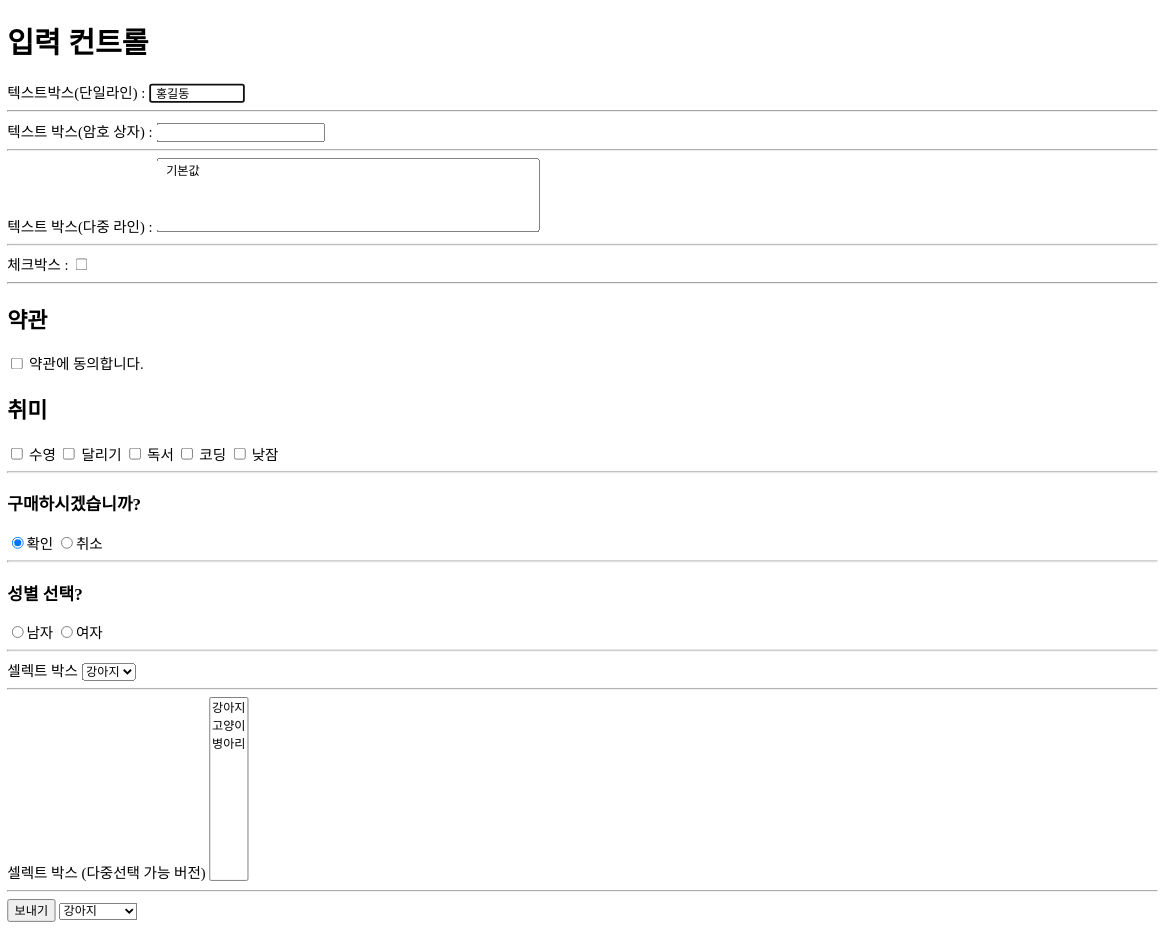
Repository: Hswwwww/WEB
Page: ClientTest/src/main/webapp/html/ex19_form.html
An editor plug-in stored every save of this project. The page is shown before and after the next save, followed by the edit.
The browser window is 1280 px wide. The pictures show the whole page, at 91% of full size.

Above is the page before, as saved 2024-03-14 02:04:44.

### ClientTest/src/main/webapp/html/ex19_form.html
<!DOCTYPE html>
<html>
<head>
<meta charset="UTF-8">
<title>Insert title here</title>
</head>
<body>
	<!--

		<form> 자식 태그
		- 입력 양식

		<input> 태그
		- 단독 태그
		- 인라인 태그
		- input.type : 입력 컨트롤의 종류
		- input.name : 서버로 전송할때 사용하는 식별자
		- input.id : 식별자. CSS, JavaScript에서 주로 사용
		- input.class : 식별자. CSS, JavaScript에서 주로 사용
		- input.size : 컨트롤의 너비 (입력받는 문자 수)
		- input.maxlength : 최대 입력 문자수 + 유효성 검사
		- input.value : 컨트롤의 입력값
		- input.readonly : 읽기 전용. 플래그형 + 입력 (x) + 서버 전송(o)
		- input.disabled : 비활성화. 플래그형 + 입력 (x) + 서버 전송 (x)
		- input.accesskey : 바로가기(니모닉) Alt + 키
		- input.autofocus : 자동 포커스
		- input.title: 풍선 도움말





	 -->

	<h1>입력 컨트롤</h1>

	<form action = "ex18.jsp">

		텍스트박스(단일라인) : <input type = "text" name = "data" id = "txt1" class = "txt"
					size = "10" maxlength = "5" value = " 홍길동" accesskey = "s" autofocus
					title = "이름을 입력하세요." >

		<hr>


		<!--

			암호 상자, Password Box, Masked TextBox
			- 모든 속성이 텍스트 박스와 동일
			- value 속성 사용 금지!!

		 -->

		 텍스트 박스(암호 상자) : <input type = "password">


		 <!--

		 	다중 라인 텍스트 박스
		 	- <textarea></textarea>
		 	- 쌍태그
		 	- 인라인 태그
		 	- 대부분의 속성은 텍스트와 동일
		 	- maxlength속성이 없다.
		 	- value 속성이 없다. > PCDATA로 적음 됨
		 	- 컨트롤러와 문서에서의 탭 성질이 다르게 적용됨 > 텍스트박스는 컨트롤러로 탭 하나하나 다 인식함

		  -->
		 <hr>
		 텍스트 박스(다중 라인) :
		 <textarea style = "resize:none;" cols="50" rows="5"> 기본값</textarea>




		<hr>
		<!--

			체크박스
			- 논리값 입력


		 -->


		체크박스 : <input type = "checkbox" >

		<hr>

		<h2>약관</h2>

		<!-- <input type = "checkbox" id = "cb1"><label for = "cb1">약관에 동의합니다. </label> -->
		<!-- 글자s를 눌러도 체크가 됨  -->

		<label><input type = "checkbox"> 약관에 동의합니다. </label>

		<h2> 취미</h2>
		<input type = "checkbox"> 수영
		<input type = "checkbox"> 달리기
		<input type = "checkbox"> 독서
		<input type = "checkbox"> 코딩
		<input type = "checkbox"> 낮잠

		<hr>

		<!--

			라디오 버튼
			- 단일값

		 -->

		<h3>구매하시겠습니까?</h3>
		<input type = "radio" name = "rb1" checked>확인
		<input type = "radio" name = "rb1">취소

		<hr>

		<h3>성별 선택?</h3>
		<input type = "radio" name = "rb2">남자
		<input type = "radio" name = "rb2">여자



		<hr>

		<!--

			셀렉트 박스
			- 콤보 박스, 드랍 다운 리스트 등...
			- 단일 선택, 다중 선택

		 -->


		셀렉트 박스
		<select>
			<option>강아지</option>
			<option>고양이</option>
			<option>병아리</option>
		</select>

		<hr>

		셀렉트 박스 (다중선택 가능 버전)
		<select size = "10" multiple>
			<option>강아지</option>
			<option>고양이</option>
			<option>병아리</option>
		</select>

		<hr>
		<input type = "submit" value = "보내기">


		<select>

			<optgroup label = "포유류">
			<option>강아지</option>
			<option>고양이</option>
			<option>돼지</option>
			</optgroup>

			<optgroup label = "파충류">
			<option>뱀</option>
			<option>거북이</option>
			<option>이구아나</option>
			</optgroup>

			<optgroup label = "곤충">
			<option>매미</option>
			<option>메뚜기</option>
			<option>귀뚜라미</option>
			</optgroup>
		</select>

	</form>

</body>

</html>

After the next save:
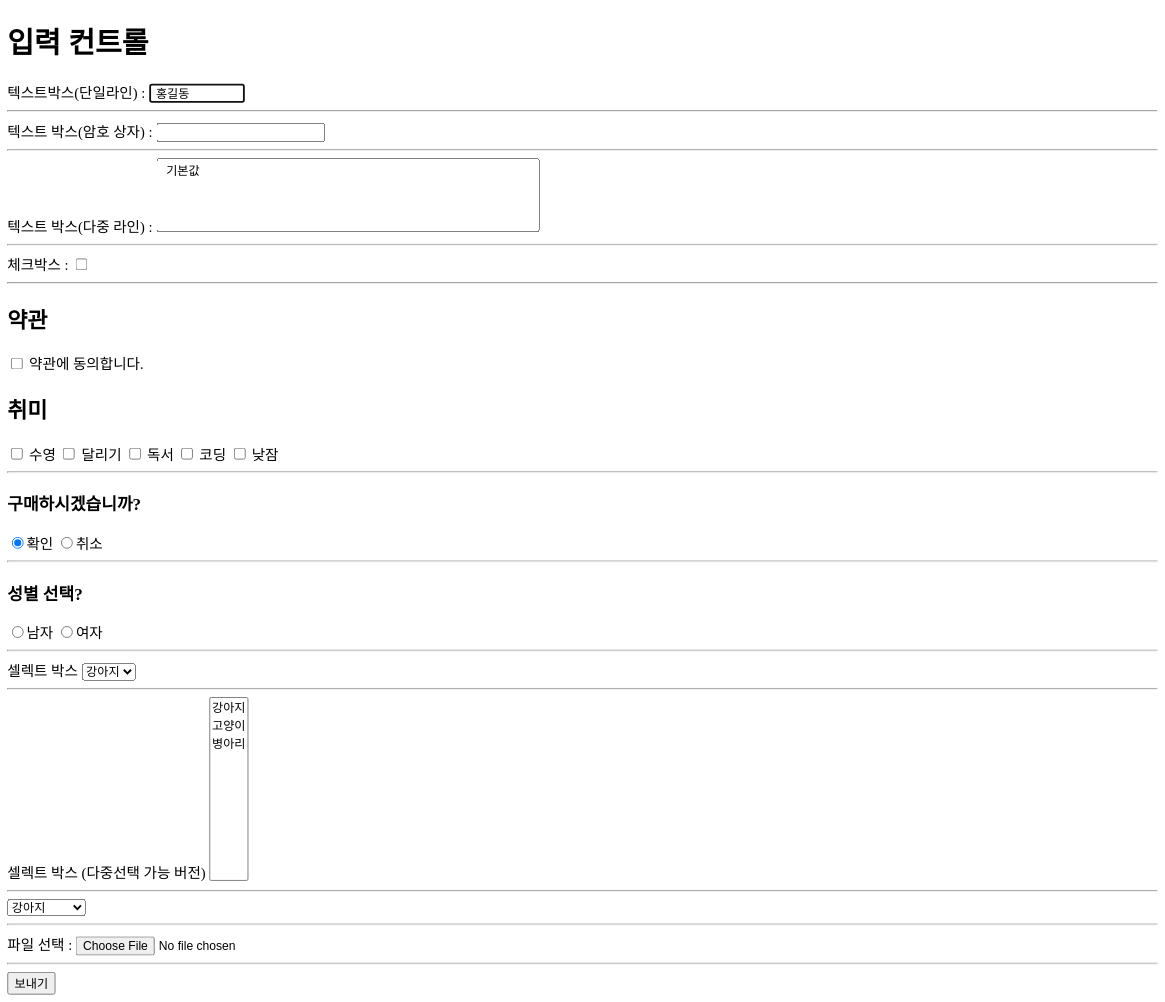
Saved 107 s later.
--- a/ClientTest/src/main/webapp/html/ex19_form.html
+++ b/ClientTest/src/main/webapp/html/ex19_form.html
@@ -150,8 +150,6 @@
 		</select>
 
 		<hr>
-		<input type = "submit" value = "보내기">
-
 
 		<select>
 
@@ -174,6 +172,21 @@
 			</optgroup>
 		</select>
 
+		<hr>
+
+		<!--
+
+			파일 업로드
+			- 첨부 파일
+		-->
+
+		파일 선택 : <input type = "file">
+
+
+
+		<hr>
+		<input type = "submit" value = "보내기">
+
 	</form>
 
 </body>
